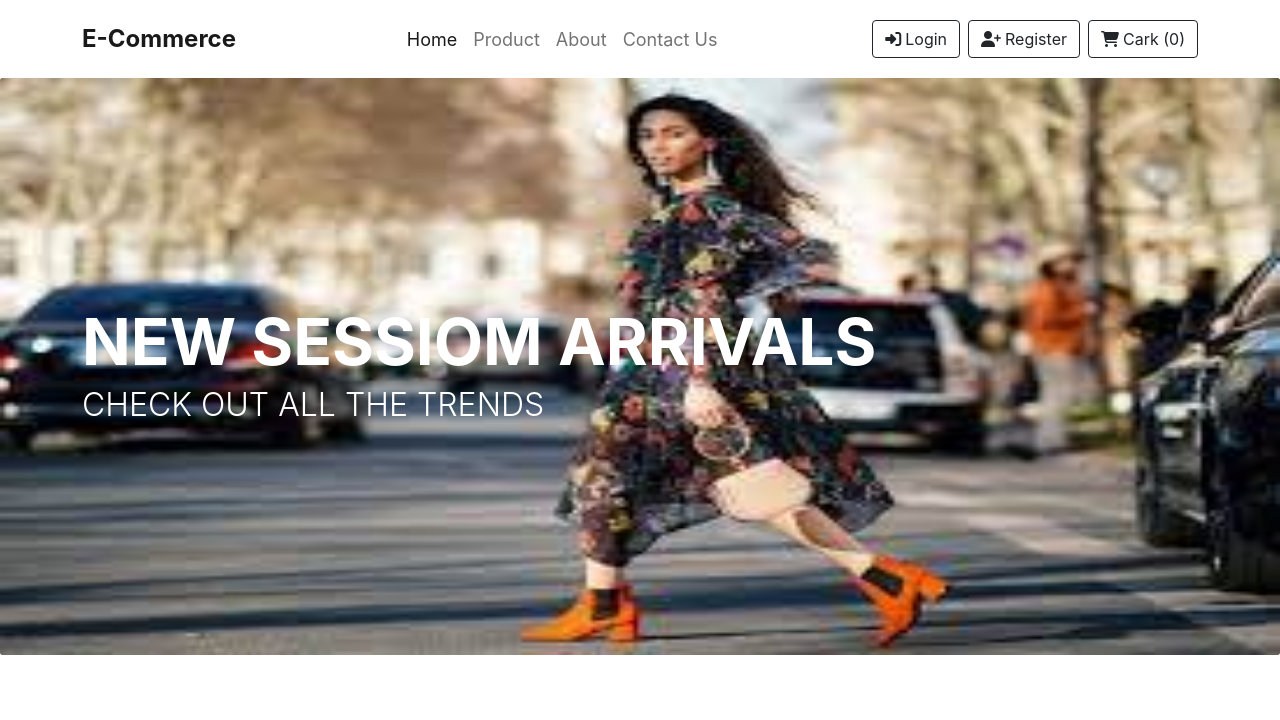
Repository: Sanjayjangra88/online_shop
Page: /products
The author's editor kept a copy of each file at every save. The page is drawn from the files as they stood at one save, then again after the next save.
The browser window is 1280 px wide. The pictures show the whole page.
Some web libraries are served in a nearby version. The project was rebuilt for these pictures with package versions that can differ from the ones it lists, and the page was loaded fresh each time.

Above is the page before, as saved 2022-03-29 20:53:58.

### public/index.html
<!DOCTYPE html>
<html lang="en">
  <head>
    <meta charset="utf-8" />
    <link rel="icon" href="%PUBLIC_URL%/favicon.ico" />
    <meta name="viewport" content="width=device-width, initial-scale=1" />
    <meta name="theme-color" content="#000000" />
    <meta
      name="description"
      content="Web site created using create-react-app"
    />
    <link rel="apple-touch-icon" href="%PUBLIC_URL%/logo192.png" />
    <!--
      manifest.json provides metadata used when your web app is installed on a
      user's mobile device or desktop. See https://developers.google.com/web/fundamentals/web-app-manifest/
    -->
    <link rel="manifest" href="%PUBLIC_URL%/manifest.json" />
    <link href="https://cdn.jsdelivr.net/npm/bootstrap@5.0.2/dist/css/bootstrap.min.css" rel="stylesheet" integrity="sha384-EVSTQN3/azprG1Anm3QDgpJLIm9Nao0Yz1ztcQTwFspd3yD65VohhpuuCOmLASjC" crossorigin="anonymous">

    <!--
      Notice the use of %PUBLIC_URL% in the tags above.
      It will be replaced with the URL of the `public` folder during the build.
      Only files inside the `public` folder can be referenced from the HTML.

      Unlike "/favicon.ico" or "favicon.ico", "%PUBLIC_URL%/favicon.ico" will
      work correctly both with client-side routing and a non-root public URL.
      Learn how to configure a non-root public URL by running `npm run build`.
    -->
    <title>iNoteBook</title>
  </head>
  <body>
    <noscript>You need to enable JavaScript to run this app.</noscript>
    <div id="root"></div>
    <script src="https://kit.fontawesome.com/9e06ebf41f.js" crossorigin="anonymous"></script>
    <!--
      This HTML file is a template.
      If you open it directly in the browser, you will see an empty page.

      You can add webfonts, meta tags, or analytics to this file.
      The build step will place the bundled scripts into the <body> tag.

      To begin the development, run `npm start` or `yarn start`.
      To create a production bundle, use `npm run build` or `yarn build`.
    -->
    <script src="https://cdn.jsdelivr.net/npm/bootstrap@5.0.2/dist/js/bootstrap.bundle.min.js" integrity="sha384-MrcW6ZMFYlzcLA8Nl+NtUVF0sA7MsXsP1UyJoMp4YLEuNSfAP+JcXn/tWtIaxVXM" crossorigin="anonymous"></script>

  </body>
</html>

### src/index.js
import React from 'react';
import ReactDOM from 'react-dom';
import './index.css';
import App from './App';
import reportWebVitals from './reportWebVitals';
// import { Provider } from 'react-redux';
// import { store } from './State/store';

// ReactDOM.render(
//   <React.StrictMode>
//     {/* <Provider store={store}> */}
//     <App />
//     {/* </Provider> */}
//   </React.StrictMode>,
//   document.getElementById('root')
// );


ReactDOM.render(
  <React.StrictMode>
    <App />
  </React.StrictMode>,
  document.getElementById("root")
);


// If you want to start measuring performance in your app, pass a function
// to log results (for example: reportWebVitals(console.log))
// or send to an analytics endpoint. Learn more: https://bit.ly/CRA-vitals
reportWebVitals();

### src/App.js

import './App.css';
import Home from './components2/Home';
import Navbar from './components2/Navbar';



function App() {
  return (
    <>
  <Navbar/>
  <Home/>
    </>
  );
}

export default App;

### src/App.css
/* navbar */
.navbar-nav a{
    font-size: 18px;
}

### src/components2/Home.jsx
import React from "react";

function Home() {
  return (
    <div className="hero">
      <div className="card bg-dark text-white border-0">
        <img src="\assest\1.jpg" className="card-img" alt="Background"height="577px" />
        <div className="card-img-overlay d-flex flex-column justify-content-center">
            <div className="container">


          <h5 className="card-title display-3 fw-bolder mb-0">NEW SESSIOM ARRIVALS</h5>
          <p className="card-text lead fs-2">
          CHECK OUT ALL THE TRENDS
          </p>
          </div>
        </div>
      </div>
    </div>
  );
}

export default Home;

### src/components2/Navbar.js
import React from 'react'

function Navbar() {
    return (
        <div>
            <nav className="navbar navbar-expand-lg navbar-light bg-white py-3 shadow-sm">
                <div className="container">
                    <a className="navbar-brand fw-bold fs-4" href="#">E-Commerce</a>
                    <button className="navbar-toggler" type="button" data-bs-toggle="collapse" data-bs-target="#navbarSupportedContent" aria-controls="navbarSupportedContent" aria-expanded="false" aria-label="Toggle navigation">
                        <span className="navbar-toggler-icon"></span>
                    </button>
                    <div className="collapse navbar-collapse" id="navbarSupportedContent">
                        <ul className="navbar-nav mx-auto mb-2 mb-lg-0">
                            <li className="nav-item">
                                <a className="nav-link active" aria-current="page" href="#">Home</a>
                            </li>
                            <li className="nav-item">
                                <a className="nav-link" href="#">Product</a>
                            </li>
                            <li className="nav-item">
                                <a className="nav-link" href="#">About</a>
                            </li>
                            <li className="nav-item">
                                <a className="nav-link" href="#">Contact Us</a>
                            </li>

                        </ul>


                       <div className="buttons">
                      <a href="" className="btn btn-outline-dark">
                          <li className="fa fa-sign-in me-1"></li>Login</a>
                          <a href="" className="btn btn-outline-dark ms-2">
                          <li className="fa fa-user-plus me-1"></li>Register</a>
                          <a href="" className="btn btn-outline-dark ms-2">
                          <li className="fa fa-shopping-cart me-1"></li>Cark (0)</a>
                    </div>
                    </div>
                </div>
            </nav>
        </div>
    )
}

export default Navbar

### src/components2/Products.jsx
import React,{useState,useEffect} from 'react'

function Products() {
    const [data, setData] = useState([]);
    const [filter, setFilter] = useState(data);
    const [loading, setLoading] = useState(false)
    let componentMounted = true;
    useEffect(() => {
      const getProducts = async ()=>{


      getProducts();
      setLoading(true);
      const response = await fetch("https://fakestoreapi.com/products");
      if(componentMounted){
          setData(await response.clone().json());
          setFilter(await response.json());
          setLoading(false);
          console.log(filter);
      }
      return()=>{
          componentMounted = false;
      }
    }
    }, []);

  return (
    <div>
      <div className="container"></div>
      <div className="row"></div>
      <div className="col-12"></div>
      <h1>Latest Products</h1>
    </div>
  )
}

export default Products

Loaded but not shown: src/index.css (common file); src/reportWebVitals.js (common file)

After the next save:
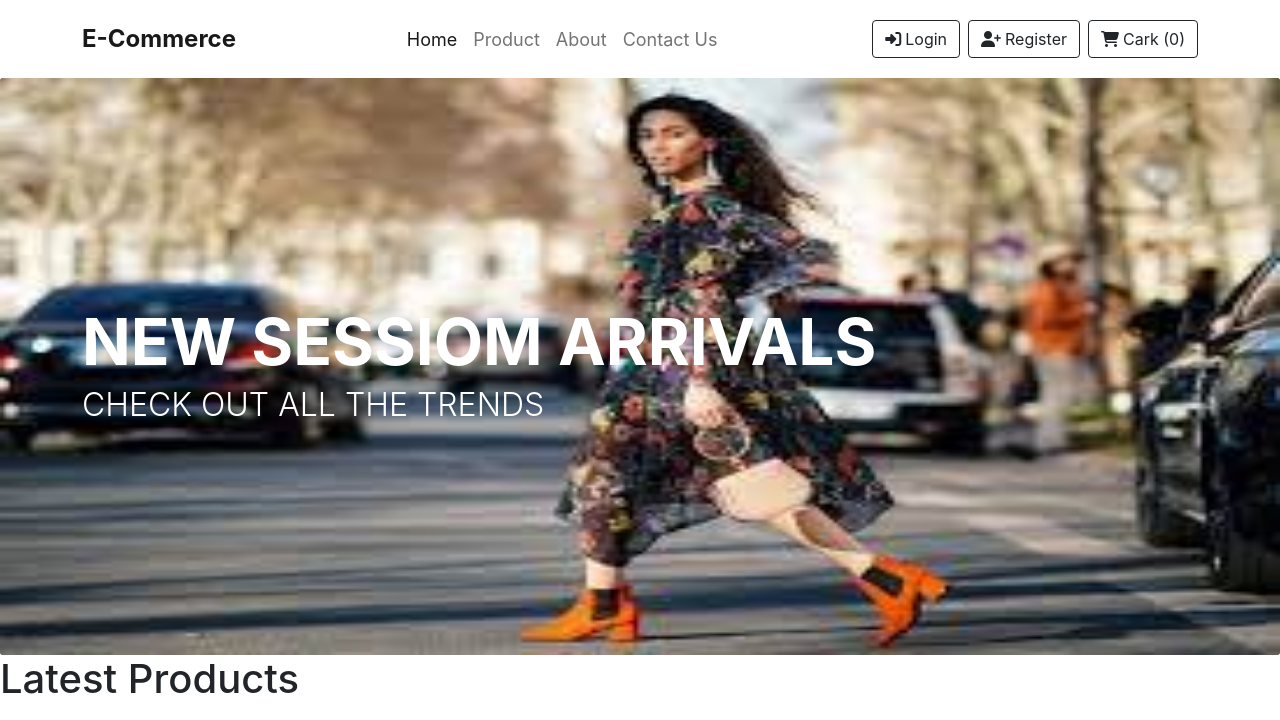
Saved 54 s later.
--- a/src/components2/Home.jsx
+++ b/src/components2/Home.jsx
@@ -1,4 +1,5 @@
 import React from "react";
+import Products from "./Products";
 
 function Home() {
   return (
@@ -16,6 +17,7 @@
           </div>
         </div>
       </div>
+      <Products/>
     </div>
   );
 }
